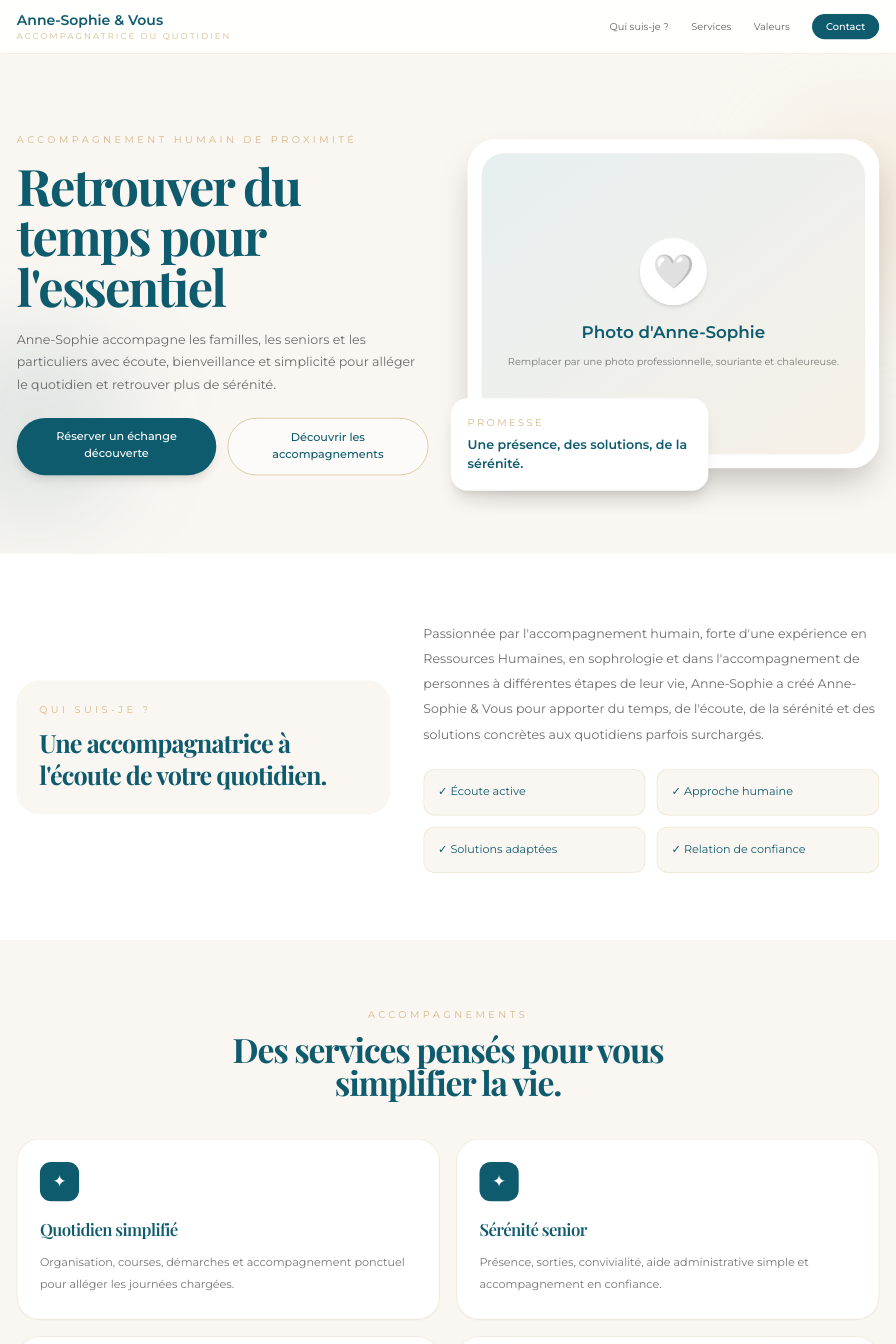
Repository: Virginie17/anne-sophie-et-vous
Page: /
These files come from the project's save history. The page is drawn as it stood at one moment and after the next save; the edit follows.
The browser window is 1280 px wide. The pictures show the part of the page from y = 0 to 1920 px (the page is 3920 px tall), at 70% of full size.
Some web fonts or font styles are not loaded; a fallback is used. The project was rebuilt for these pictures with package versions that can differ from the ones it lists, and the page was loaded fresh each time. The framework's server and built-in components were replaced by stand-ins that run in the browser. Also part of the build but not shown: next.config.js, next.config.mjs.

Above is the page before, as saved 2026-06-05 10:29:05.

### app/layout.tsx
import type { Metadata } from "next";
import { Montserrat, Playfair_Display } from "next/font/google";
import "./globals.css";

const montserrat = Montserrat({
  subsets: ["latin"],
  variable: "--font-montserrat",
  display: "swap",
});

const playfair = Playfair_Display({
  subsets: ["latin"],
  variable: "--font-playfair",
  display: "swap",
});

export const metadata: Metadata = {
  title: "Anne-Sophie & Vous | Accompagnatrice du Quotidien",
  description:
    "Anne-Sophie & Vous accompagne les familles, les seniors et les particuliers à retrouver du temps, de la sérénité et de l'équilibre au quotidien.",
};

export default function RootLayout({
  children,
}: {
  children: React.ReactNode;
}) {
  return (
    <html lang="fr" className={`${montserrat.variable} ${playfair.variable}`}>
      <body>{children}</body>
    </html>
  );
}

### app/page.tsx
import Header from "../components/Header";
import Hero from "../components/Hero";
import About from "../components/About";
import Services from "../components/Services";
import Values from "../components/Values";
import Contact from "../components/Contact";
import Footer from "../components/Footer";

export default function HomePage() {
  return (
    <main className="min-h-screen bg-[#FAF7F2] text-[#3C3C3C]">
      <Header />
      <Hero />
      <About />
      <Services />
      <Values />
      <Contact />
      <Footer />
    </main>
  );
}

### app/globals.css
@tailwind base;
@tailwind components;
@tailwind utilities;

:root {
  --petrol: #0f5b6e;
  --gold: #d6b88a;
  --cream: #faf7f2;
  --anthracite: #3c3c3c;
  --soft-white: #fffdf9;
}

* {
  box-sizing: border-box;
}

html {
  scroll-behavior: smooth;
}

body {
  margin: 0;
  background: var(--cream);
  color: var(--anthracite);
  font-family: var(--font-montserrat), Arial, sans-serif;
  -webkit-font-smoothing: antialiased;
  text-rendering: geometricPrecision;
}

h1,
h2,
h3,
.brand-title {
  font-family: var(--font-playfair), Georgia, serif;
  letter-spacing: -0.035em;
}

p,
a,
button,
li,
span {
  font-family: var(--font-montserrat), Arial, sans-serif;
}

::selection {
  background: var(--gold);
  color: var(--petrol);
}

.premium-card {
  background: rgba(255, 255, 255, 0.82);
  border: 1px solid rgba(214, 184, 138, 0.28);
  box-shadow: 0 24px 70px rgba(15, 91, 110, 0.1);
  backdrop-filter: blur(18px);
}

.gold-gradient {
  background: linear-gradient(135deg, #d6b88a 0%, #f2dfb8 100%);
}

.petrol-gradient {
  background: linear-gradient(135deg, #0f5b6e 0%, #0b4655 100%);
}

### components/Header.tsx
export default function Header() {
  return (
    <header className="sticky top-0 z-50 border-b border-[#D6B88A]/30 bg-white/90 backdrop-blur">
      <div className="mx-auto flex max-w-7xl items-center justify-between px-6 py-4">
        <div>
          <p className="text-xl font-semibold text-[#0F5B6E]">
            Anne-Sophie & Vous
          </p>
          <p className="text-xs uppercase tracking-[0.25em] text-[#D6B88A]">
            Accompagnatrice du Quotidien
          </p>
        </div>

        <nav className="hidden items-center gap-8 text-sm text-[#3C3C3C]/80 md:flex">
          <a href="#about" className="hover:text-[#0F5B6E]">
            Qui suis-je ?
          </a>
          <a href="#services" className="hover:text-[#0F5B6E]">
            Services
          </a>
          <a href="#values" className="hover:text-[#0F5B6E]">
            Valeurs
          </a>
          <a
            href="#contact"
            className="rounded-full bg-[#0F5B6E] px-5 py-2 font-medium text-white transition hover:bg-[#0b4655]"
          >
            Contact
          </a>
        </nav>
      </div>
    </header>
  );
}

### components/Hero.tsx
export default function Hero() {
  return (
    <section className="relative overflow-hidden px-6 py-20 md:py-28">
      <div className="absolute -right-24 top-20 h-72 w-72 rounded-full bg-[#D6B88A]/20 blur-3xl" />
      <div className="absolute -left-24 bottom-10 h-72 w-72 rounded-full bg-[#0F5B6E]/10 blur-3xl" />

      <div className="relative mx-auto grid max-w-7xl gap-14 md:grid-cols-2 md:items-center">
        <div>
          <p className="mb-5 text-sm uppercase tracking-[0.35em] text-[#D6B88A]">
            Accompagnement humain de proximité
          </p>

          <h1 className="brand-title mb-6 text-5xl font-bold leading-tight text-[#0F5B6E] md:text-7xl">
            Retrouver du temps pour l&apos;essentiel
          </h1>

          <p className="mb-8 max-w-xl text-lg leading-8 text-[#3C3C3C]/75">
            Anne-Sophie accompagne les familles, les seniors et les particuliers
            avec écoute, bienveillance et simplicité pour alléger le quotidien
            et retrouver plus de sérénité.
          </p>

          <div className="flex flex-col gap-4 sm:flex-row">
            <a
              href="#contact"
              className="rounded-full bg-[#0F5B6E] px-8 py-4 text-center font-medium text-white shadow-lg transition hover:-translate-y-1 hover:bg-[#0b4655]"
            >
              Réserver un échange découverte
            </a>

            <a
              href="#services"
              className="rounded-full border border-[#D6B88A] bg-white/60 px-8 py-4 text-center font-medium text-[#0F5B6E] transition hover:-translate-y-1 hover:bg-white"
            >
              Découvrir les accompagnements
            </a>
          </div>
        </div>

        <div className="relative">
          <div className="rounded-[2.5rem] bg-white p-5 shadow-2xl">
            <div className="flex h-[430px] items-center justify-center rounded-[2rem] bg-gradient-to-br from-[#0F5B6E]/10 to-[#D6B88A]/20 text-center">
              <div className="px-8">
                <div className="mx-auto mb-6 flex h-24 w-24 items-center justify-center rounded-full bg-white text-5xl shadow-md">
                  🤍
                </div>
                <p className="text-2xl font-semibold text-[#0F5B6E]">
                  Photo d&apos;Anne-Sophie
                </p>
                <p className="mt-3 text-sm leading-6 text-[#3C3C3C]/65">
                  Remplacer par une photo professionnelle, souriante et
                  chaleureuse.
                </p>
              </div>
            </div>
          </div>

          <div className="absolute -bottom-8 -left-6 rounded-3xl bg-white p-6 shadow-xl">
            <p className="text-sm uppercase tracking-[0.25em] text-[#D6B88A]">
              Promesse
            </p>
            <p className="mt-2 max-w-xs text-lg font-semibold text-[#0F5B6E]">
              Une présence, des solutions, de la sérénité.
            </p>
          </div>
        </div>
      </div>
    </section>
  );
}

### components/About.tsx
export default function About() {
  return (
    <section id="about" className="bg-white px-6 py-24">
      <div className="mx-auto grid max-w-7xl gap-12 md:grid-cols-[0.9fr_1.1fr] md:items-center">
        <div className="rounded-[2rem] bg-[#FAF7F2] p-8 shadow-sm">
          <p className="mb-4 text-sm uppercase tracking-[0.35em] text-[#D6B88A]">
            Qui suis-je ?
          </p>

          <h2 className="text-4xl font-bold leading-tight text-[#0F5B6E]">
            Une accompagnatrice à l&apos;écoute de votre quotidien.
          </h2>
        </div>

        <div>
          <p className="text-lg leading-9 text-[#3C3C3C]/75">
            Passionnée par l&apos;accompagnement humain, forte d&apos;une
            expérience en Ressources Humaines, en sophrologie et dans
            l&apos;accompagnement de personnes à différentes étapes de leur vie,
            Anne-Sophie a créé Anne-Sophie & Vous pour apporter du temps, de
            l&apos;écoute, de la sérénité et des solutions concrètes aux
            quotidiens parfois surchargés.
          </p>

          <div className="mt-8 grid gap-4 sm:grid-cols-2">
            {["Écoute active", "Approche humaine", "Solutions adaptées", "Relation de confiance"].map(
              (item) => (
                <div
                  key={item}
                  className="rounded-2xl border border-[#D6B88A]/30 bg-[#FAF7F2] p-5 text-[#0F5B6E]"
                >
                  ✓ {item}
                </div>
              )
            )}
          </div>
        </div>
      </div>
    </section>
  );
}

### components/Services.tsx
const services = [
  {
    title: "Quotidien simplifié",
    text: "Organisation, courses, démarches et accompagnement ponctuel pour alléger les journées chargées.",
  },
  {
    title: "Sérénité senior",
    text: "Présence, sorties, convivialité, aide administrative simple et accompagnement en confiance.",
  },
  {
    title: "Bien-être & équilibre",
    text: "Sophrologie, gestion du stress, charge mentale, écoute et recentrage pour retrouver de la sérénité.",
  },
  {
    title: "Services de confiance",
    text: "Visites aux animaux, surveillance du domicile, arrosage des plantes et petits services de proximité.",
  },
];

export default function Services() {
  return (
    <section id="services" className="px-6 py-24">
      <div className="mx-auto max-w-7xl">
        <div className="mx-auto mb-14 max-w-3xl text-center">
          <p className="mb-4 text-sm uppercase tracking-[0.35em] text-[#D6B88A]">
            Accompagnements
          </p>

          <h2 className="text-4xl font-bold text-[#0F5B6E] md:text-5xl">
            Des services pensés pour vous simplifier la vie.
          </h2>
        </div>

        <div className="grid gap-6 md:grid-cols-2">
          {services.map((service) => (
            <article
              key={service.title}
              className="group rounded-[2rem] border border-[#D6B88A]/30 bg-white p-8 shadow-sm transition hover:-translate-y-1 hover:shadow-xl"
            >
              <div className="mb-6 flex h-14 w-14 items-center justify-center rounded-2xl bg-[#0F5B6E] text-2xl text-white transition group-hover:bg-[#D6B88A]">
                ✦
              </div>

              <h3 className="mb-4 text-2xl font-semibold text-[#0F5B6E]">
                {service.title}
              </h3>

              <p className="leading-8 text-[#3C3C3C]/70">{service.text}</p>
            </article>
          ))}
        </div>
      </div>
    </section>
  );
}

### components/Values.tsx
const values = [
  {
    title: "Écoute",
    text: "Prendre le temps de comprendre chaque besoin avec attention.",
  },
  {
    title: "Confiance",
    text: "Construire une relation fiable, simple et rassurante.",
  },
  {
    title: "Simplicité",
    text: "Apporter des solutions concrètes, accessibles et adaptées.",
  },
  {
    title: "Bienveillance",
    text: "Accompagner avec douceur, respect et authenticité.",
  },
];

export default function Values() {
  return (
    <section id="values" className="bg-[#0F5B6E] px-6 py-24 text-white">
      <div className="mx-auto max-w-7xl">
        <div className="mx-auto mb-14 max-w-3xl text-center">
          <p className="mb-4 text-sm uppercase tracking-[0.35em] text-[#D6B88A]">
            Valeurs
          </p>

          <h2 className="text-4xl font-bold md:text-5xl">
            L&apos;humain au cœur de chaque accompagnement.
          </h2>
        </div>

        <div className="grid gap-6 md:grid-cols-4">
          {values.map((value) => (
            <div
              key={value.title}
              className="rounded-[2rem] bg-white/10 p-7 text-center backdrop-blur transition hover:-translate-y-1 hover:bg-white/15"
            >
              <p className="mb-3 text-2xl font-semibold text-[#D6B88A]">
                {value.title}
              </p>
              <p className="text-sm leading-7 text-white/75">{value.text}</p>
            </div>
          ))}
        </div>
      </div>
    </section>
  );
}

### components/Contact.tsx
export default function Contact() {
  return (
    <section id="contact" className="bg-white px-6 py-24">
      <div className="mx-auto max-w-5xl rounded-[2.5rem] bg-[#FAF7F2] p-8 text-center shadow-xl md:p-14">
        <p className="mb-4 text-sm uppercase tracking-[0.35em] text-[#D6B88A]">
          Contact
        </p>

        <h2 className="mb-6 text-4xl font-bold text-[#0F5B6E] md:text-5xl">
          Et si vous retrouviez du temps pour ce qui compte vraiment ?
        </h2>

        <p className="mx-auto mb-10 max-w-2xl text-lg leading-8 text-[#3C3C3C]/75">
          Parlons ensemble de vos besoins et trouvons les solutions les plus
          adaptées à votre quotidien.
        </p>

        <div className="grid gap-4 text-left md:grid-cols-3">
          <div className="rounded-2xl bg-white p-6 shadow-sm">
            <p className="font-semibold text-[#0F5B6E]">Téléphone</p>
            <p className="mt-2 text-sm text-[#3C3C3C]/65">À compléter</p>
          </div>

          <div className="rounded-2xl bg-white p-6 shadow-sm">
            <p className="font-semibold text-[#0F5B6E]">Email</p>
            <p className="mt-2 text-sm text-[#3C3C3C]/65">À compléter</p>
          </div>

          <div className="rounded-2xl bg-white p-6 shadow-sm">
            <p className="font-semibold text-[#0F5B6E]">Secteur</p>
            <p className="mt-2 text-sm text-[#3C3C3C]/65">
              Angoulins, La Rochelle et alentours
            </p>
          </div>
        </div>

        <a
          href="mailto:"
          className="mt-10 inline-flex rounded-full bg-[#0F5B6E] px-8 py-4 font-medium text-white transition hover:-translate-y-1 hover:bg-[#0b4655]"
        >
          Demander un échange découverte
        </a>
      </div>


    </section>
  );
}

### components/Footer.tsx
export default function Footer() {
  return (
    <footer className="bg-[#0F5B6E] px-6 py-12 text-white">
      <div className="mx-auto grid max-w-7xl gap-10 md:grid-cols-3 md:items-start">
        <div>
          <p className="text-2xl font-semibold">Anne-Sophie & Vous</p>
          <p className="mt-2 text-sm uppercase tracking-[0.25em] text-[#D6B88A]">
            Accompagnatrice du Quotidien
          </p>
          <p className="mt-4 max-w-sm text-sm leading-7 text-white/75">
            Retrouver du temps pour l&apos;essentiel grâce à un accompagnement
            humain, bienveillant et personnalisé.
          </p>
        </div>

        <div>
          <p className="mb-4 font-semibold text-[#D6B88A]">Navigation</p>
          <nav className="flex flex-col gap-3 text-sm text-white/75">
            <a href="#about" className="transition hover:text-white">
              Qui suis-je ?
            </a>
            <a href="#services" className="transition hover:text-white">
              Accompagnements
            </a>
            <a href="#values" className="transition hover:text-white">
              Valeurs
            </a>
            <a href="#contact" className="transition hover:text-white">
              Contact
            </a>
          </nav>
        </div>

        <div>
          <p className="mb-4 font-semibold text-[#D6B88A]">Contact</p>
          <div className="space-y-3 text-sm text-white/75">
            <p>Angoulins, La Rochelle et alentours</p>
            <p>Téléphone : à compléter</p>
            <p>Email : à compléter</p>
          </div>
        </div>
      </div>

      <div className="mx-auto mt-10 flex max-w-7xl flex-col gap-3 border-t border-white/15 pt-6 text-sm text-white/60 md:flex-row md:items-center md:justify-between">
        <p>
          © {new Date().getFullYear()} Anne-Sophie & Vous. Tous droits
          réservés.
        </p>

        <div className="flex gap-5">
          <a href="#" className="transition hover:text-white">
            Mentions légales
          </a>
          <a href="#" className="transition hover:text-white">
            Politique de confidentialité
          </a>
        </div>
      </div>
    </footer>
  );
}

### tailwind.config.ts
import type { Config } from 'tailwindcss';

const config: Config = {
  content: ['./app/**/*.{ts,tsx}', './components/**/*.{ts,tsx}'],
  theme: {
    extend: {
      colors: {
        petrol: '#0F5B6E',
        gold: '#D6B88A',
        cream: '#FAF7F2',
        anthracite: '#3C3C3C'
      },
      fontFamily: {
        serifDisplay: ['var(--font-playfair)', 'serif'],
        sansText: ['var(--font-montserrat)', 'sans-serif']
      }
    }
  },
  plugins: []
};

export default config;

After the next save:
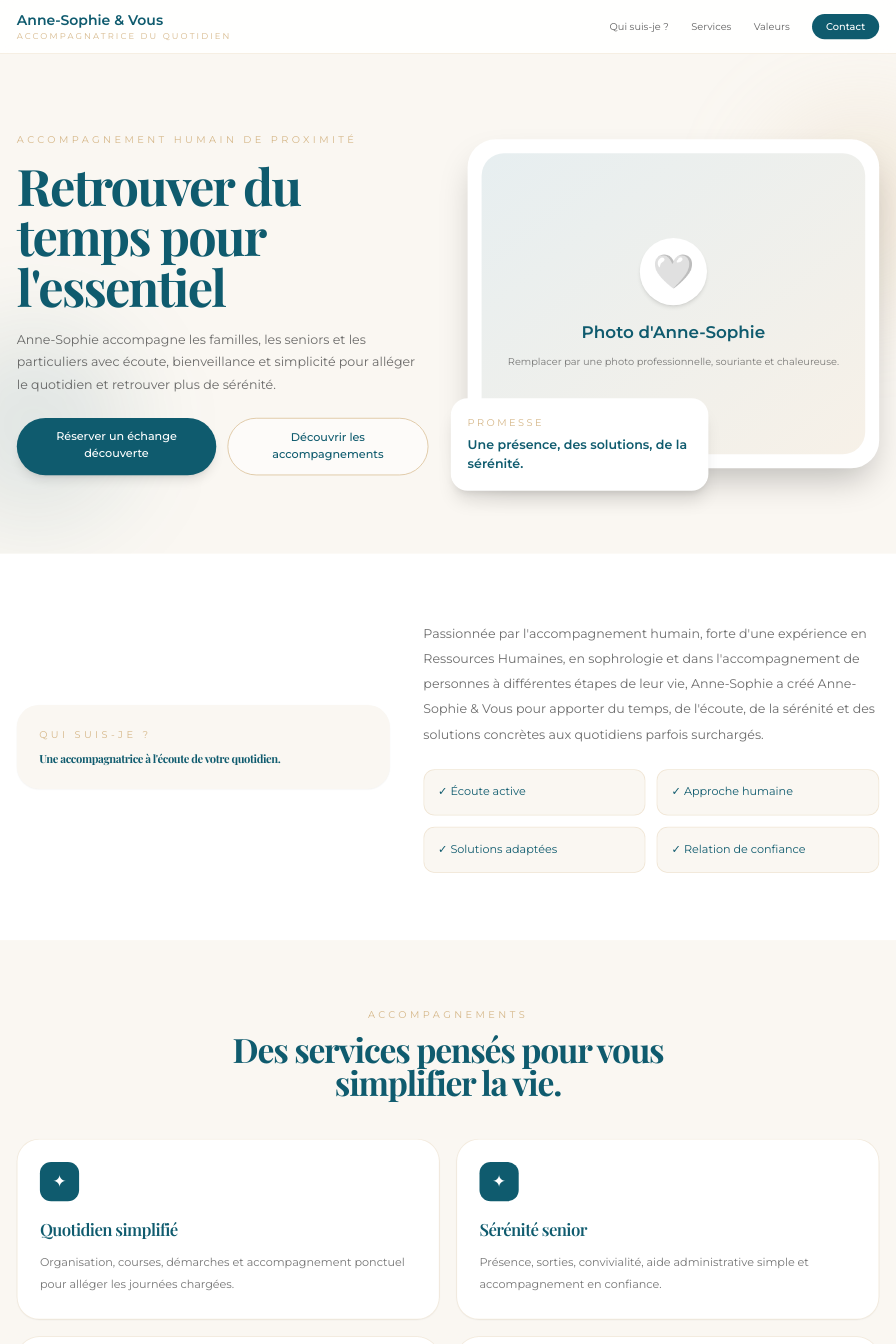
Saved 61 s later.
--- a/components/About.tsx
+++ b/components/About.tsx
@@ -7,7 +7,7 @@ export default function About() {
             Qui suis-je ?
           </p>
 
-          <h2 className="text-4xl font-bold leading-tight text-[#0F5B6E]">
+          <h2 className="bratext-4xl font-bold leading-tight text-[#0F5B6E]">
             Une accompagnatrice à l&apos;écoute de votre quotidien.
           </h2>
         </div>
